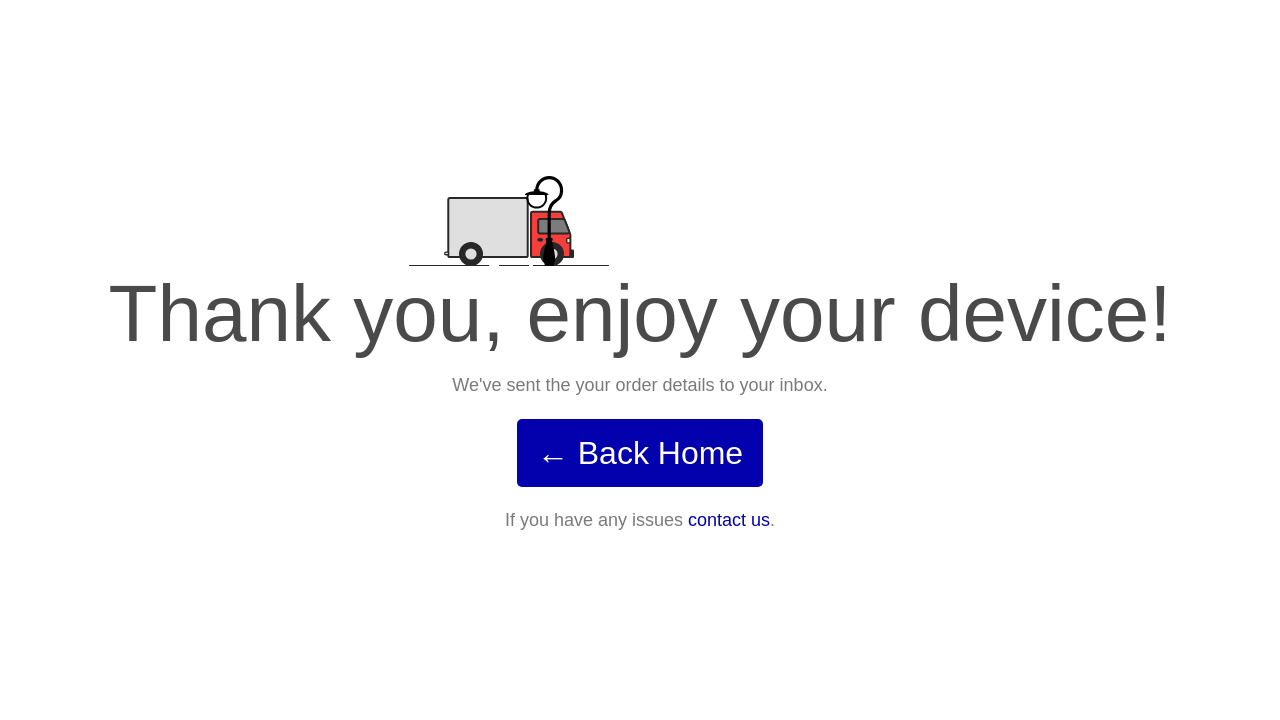
Repository: Davidobi21/macelect
Page: frontend/pages/thank-you.html
These files come from the project's save history. The page is drawn as it stood at one moment and after the next save; the edit follows.
The browser window is 1280 px wide. The pictures show the whole page.

Above is the page before, as saved 2025-05-06 10:35:18.

After the next save:
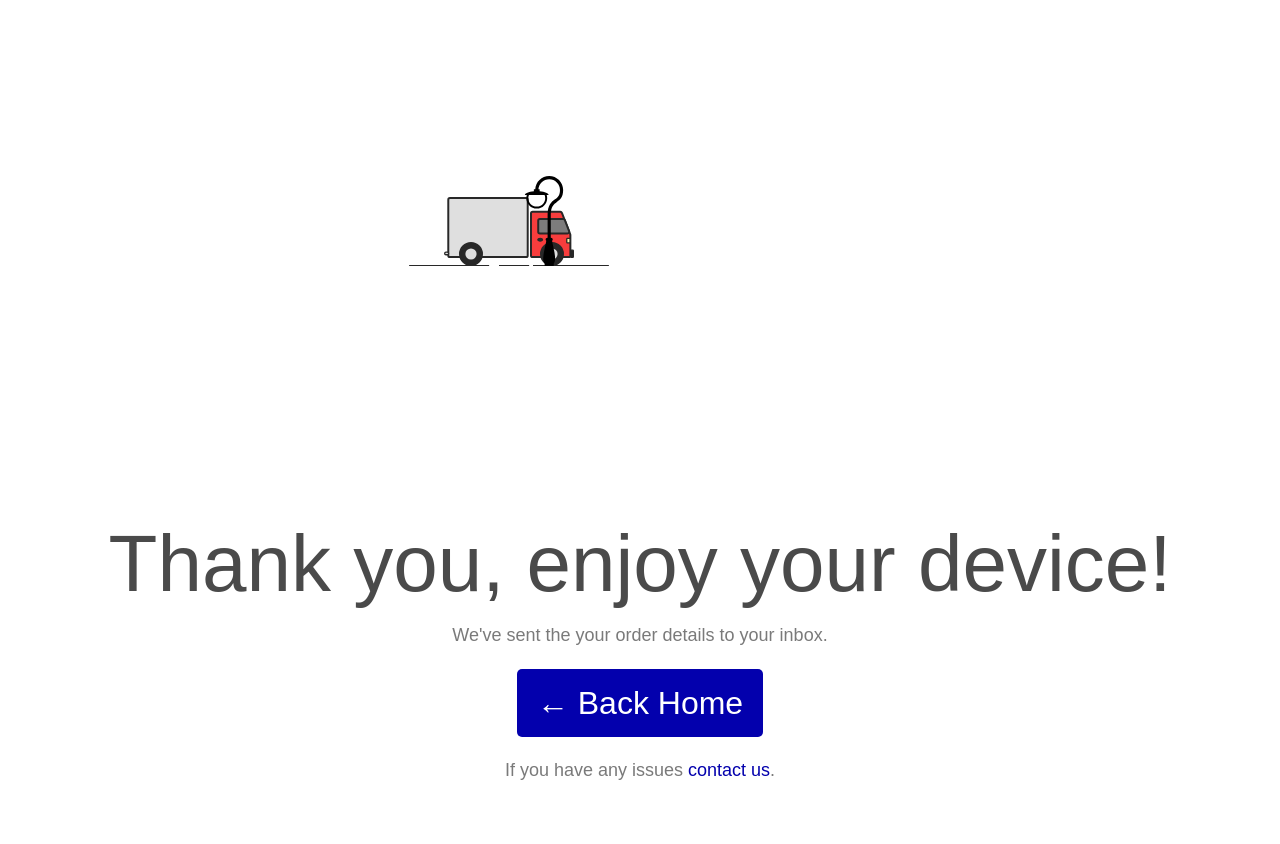
Saved 15 s later.
--- a/frontend/pages/thank-you.html
+++ b/frontend/pages/thank-you.html
@@ -18,7 +18,7 @@
     /* From Uiverse.io by vinodjangid07 */
 .loader {
   width: 800px;
-  height: fit-content;
+  height: 600px;
   display: flex;
   align-items: center;
   justify-content: center;

After the save that followed:
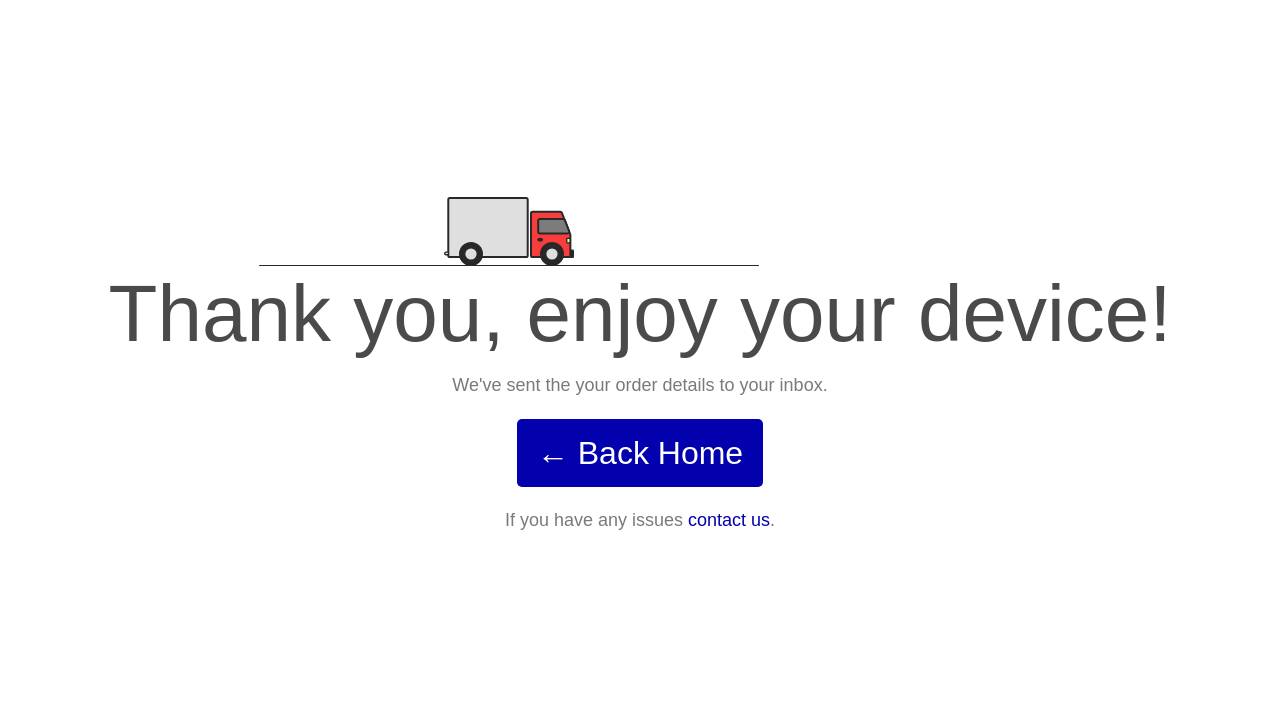
Saved 18 s later.
--- a/frontend/pages/thank-you.html
+++ b/frontend/pages/thank-you.html
@@ -18,14 +18,14 @@
     /* From Uiverse.io by vinodjangid07 */
 .loader {
   width: 800px;
-  height: 600px;
+  height: 100px;
   display: flex;
   align-items: center;
   justify-content: center;
 }
 
 .truckWrapper {
-  width: 200px;
+  width: 500px;
   height: 100px;
   display: flex;
   flex-direction: column;
